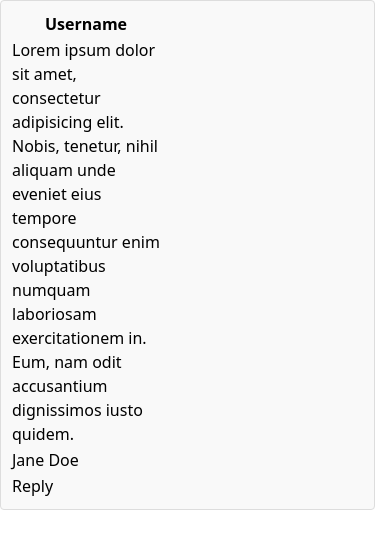
Repository: Yahya9102/Java22-ux22-Sideproject-main
Page: /
The author's editor kept a copy of each file at every save. The page is drawn from the files as they stood at one save, then again after the next save.
The browser window is 375 px wide. The pictures show the whole page.
The project was rebuilt for these pictures with package versions that can differ from the ones it lists, and the page was loaded fresh each time. The framework's server and built-in components were replaced by stand-ins that run in the browser. Also part of the build but not shown: next.config.js.

Above is the page before, as saved 2023-04-13 10:11:41.

### pages/index.tsx
import { NextPage } from "next"
import Body from "@/p-components/body"

interface Props {}

const Index: NextPage<Props> = ({}) => {
  return (
    <div>
      <Body />
    </div>
  )
}

export default Index

### styles/globals.css
@tailwind base;
@tailwind components;
@tailwind utilities;
/*
:root {
  --max-width: 1100px;
  --border-radius: 12px;
  --font-mono: ui-monospace, Menlo, Monaco, "Cascadia Mono", "Segoe UI Mono",
    "Roboto Mono", "Oxygen Mono", "Ubuntu Monospace", "Source Code Pro",
    "Fira Mono", "Droid Sans Mono", "Courier New", monospace;

  --foreground-rgb: 0, 0, 0;
  --background-start-rgb: 214, 219, 220;
  --background-end-rgb: 255, 255, 255;

  --primary-glow: conic-gradient(
    from 180deg at 50% 50%,
    #16abff33 0deg,
    #0885ff33 55deg,
    #54d6ff33 120deg,
    #0071ff33 160deg,
    transparent 360deg
  );
  --secondary-glow: radial-gradient(
    rgba(255, 255, 255, 1),
    rgba(255, 255, 255, 0)
  );

  --tile-start-rgb: 239, 245, 249;
  --tile-end-rgb: 228, 232, 233;
  --tile-border: conic-gradient(
    #00000080,
    #00000040,
    #00000030,
    #00000020,
    #00000010,
    #00000010,
    #00000080
  );

  --callout-rgb: 238, 240, 241;
  --callout-border-rgb: 172, 175, 176;
  --card-rgb: 180, 185, 188;
  --card-border-rgb: 131, 134, 135;
}

@media (prefers-color-scheme: dark) {
  :root {
    --foreground-rgb: 255, 255, 255;
    --background-start-rgb: 0, 0, 0;
    --background-end-rgb: 0, 0, 0;

    --primary-glow: radial-gradient(rgba(1, 65, 255, 0.4), rgba(1, 65, 255, 0));
    --secondary-glow: linear-gradient(
      to bottom right,
      rgba(1, 65, 255, 0),
      rgba(1, 65, 255, 0),
      rgba(1, 65, 255, 0.3)
    );

    --tile-start-rgb: 2, 13, 46;
    --tile-end-rgb: 2, 5, 19;
    --tile-border: conic-gradient(
      #ffffff80,
      #ffffff40,
      #ffffff30,
      #ffffff20,
      #ffffff10,
      #ffffff10,
      #ffffff80
    );

    --callout-rgb: 20, 20, 20;
    --callout-border-rgb: 108, 108, 108;
    --card-rgb: 100, 100, 100;
    --card-border-rgb: 200, 200, 200;
  }
}

* {
  box-sizing: border-box;
  padding: 0;
  margin: 0;
}

html,
body {
  max-width: 100vw;
  overflow-x: hidden;
}

body {
  color: rgb(var(--foreground-rgb));
  background: linear-gradient(
      to bottom,
      transparent,
      rgb(var(--background-end-rgb))
    )
    rgb(var(--background-start-rgb));
}

a {
  color: inherit;
  text-decoration: none;
}

@media (prefers-color-scheme: dark) {
  html {
    color-scheme: dark;
  }
}
*/

### p-components/body.tsx
import { NextPage } from "next"
import styles from "p-components/styles/body.module.css"

interface Props {}

const Body: NextPage<Props> = ({}) => {
  return (
    <fieldset className={styles.fieldset_body}>
      <table>
        <thead>
          <tr>
            <th className={styles.tableHeader_body}>Username</th>
          </tr>
        </thead>
        <tbody>
          <tr>
            <td data-label="Description">
              Lorem ipsum dolor sit amet, consectetur adipisicing elit. Nobis,
              tenetur, nihil aliquam unde eveniet eius tempore consequuntur enim
              voluptatibus numquam laboriosam exercitationem in. Eum, nam odit
              accusantium dignissimos iusto quidem.
            </td>
          </tr>
          <tr>
            <td data-label="Username">Jane Doe</td>
          </tr>
          <tr>
            <td>
              <button>Reply</button>
            </td>
          </tr>
        </tbody>
      </table>
    </fieldset>
  )
}

export default Body

### p-components/styles/body.module.css
/* Add a background color and border to the fieldset */
.fieldset_body {
  background-color: #f9f9f9;
  border: 1px solid #ddd;
  border-radius: 4px;
  padding: 10px;
}

/* Reduce the font size of the table headers for mobile */
@media screen and (max-width: 480px) {
  .table-header {
    font-size: 16px;
  }
}

/* Make the table responsive for mobile */
@media screen and (max-width: 480px) {
  /* Set a fixed width for the table cells with the data-label attribute */
  td[data-label="Description"] {
    width: 150px;
  }
}

Loaded but not shown: pages/_app.tsx (common file); pages/_document.tsx (common file); tailwind.config.js (common file)

After the next save:
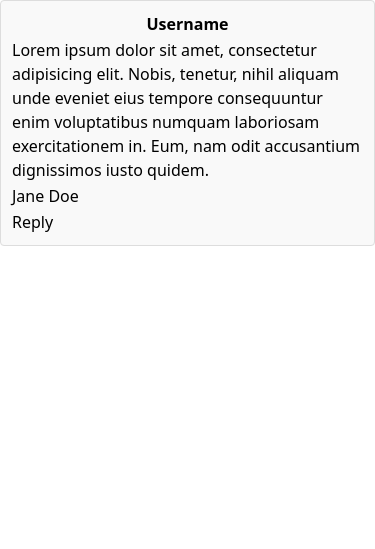
Saved 10 s later.
--- a/p-components/styles/body.module.css
+++ b/p-components/styles/body.module.css
@@ -5,18 +5,3 @@
   border-radius: 4px;
   padding: 10px;
 }
-
-/* Reduce the font size of the table headers for mobile */
-@media screen and (max-width: 480px) {
-  .table-header {
-    font-size: 16px;
-  }
-}
-
-/* Make the table responsive for mobile */
-@media screen and (max-width: 480px) {
-  /* Set a fixed width for the table cells with the data-label attribute */
-  td[data-label="Description"] {
-    width: 150px;
-  }
-}
